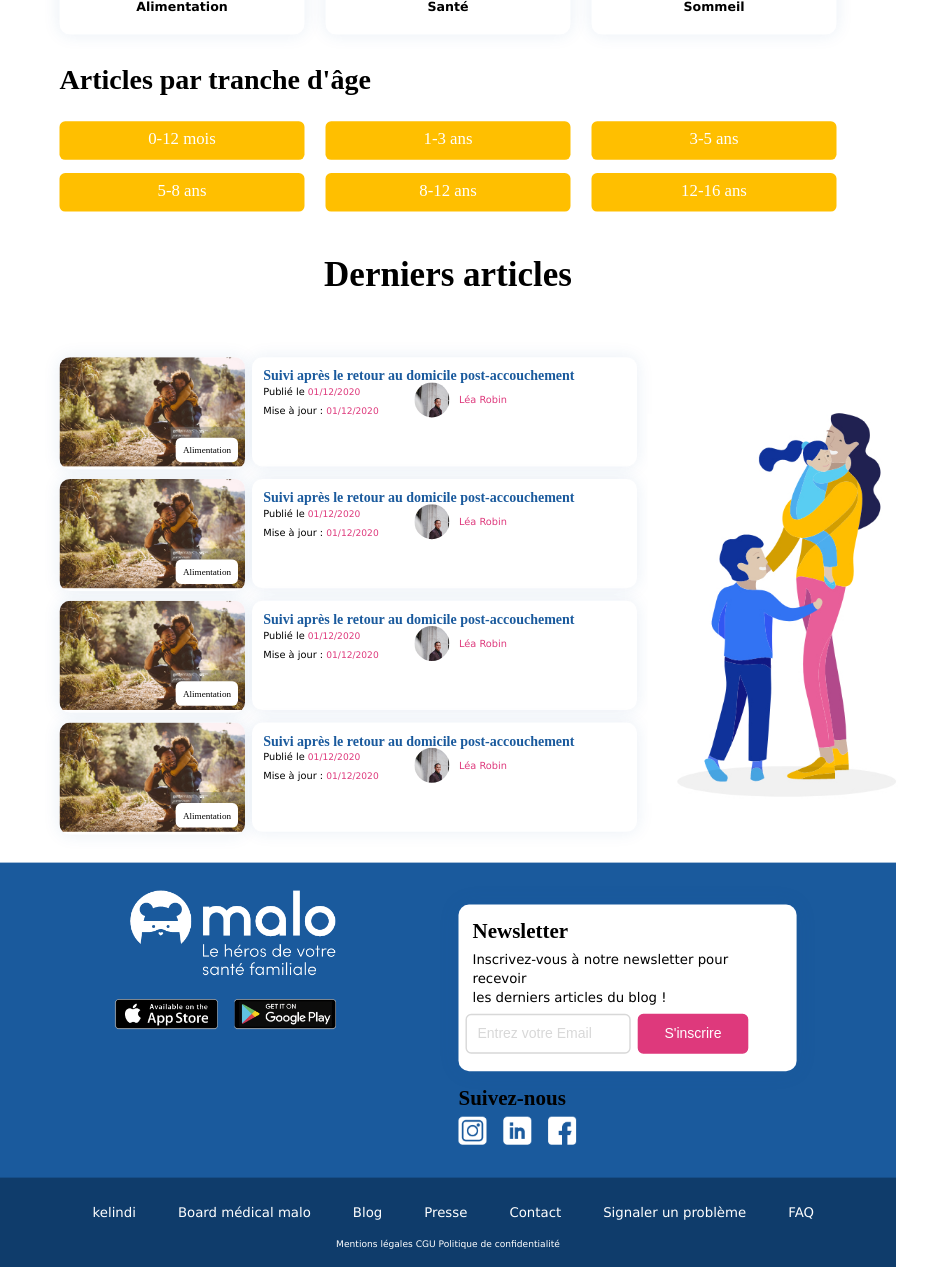
Repository: carbone-dev/keli-malo
Page: blog.html
An editor plug-in stored every save of this project. The page is shown before and after the next save, followed by the edit.
The browser window is 1280 px wide. The page is 1342 px wide, so the pictures cover 1342 px, including what lies to the right of the window. The pictures show the part of the page from y = 845 to 2685 px (the page is 2656 px tall before and 2685 px after), at 70% of full size.

Above is the page before, as saved 2020-12-11 11:40:02.

### blog.html
<!DOCTYPE html>
<html lang="en">

<head>
    <meta charset="UTF-8">
    <meta name="viewport" content="width=device-width, initial-scale=1.0">
    <title>Document</title>
    <link rel="stylesheet" type="text/css" href="css/style.css">
    <link rel="stylesheet" type="text/css" href="css/header.css">
    <link rel="stylesheet" type="text/css" href="css/grid.css">
    <link rel="stylesheet" type="text/css" href="css/blog.css">
    <link rel="preconnect" href="https://fonts.gstatic.com">
    <link href="https://fonts.googleapis.com/css2?family=Poppins:wght@200;300;400;900&display=swap" rel="stylesheet">
</head>

<body>
    <div class="container">

        <div class="header row align-items-center">
            <div class="col-6 col-md-2 ">
                <img class='img-full-width ' src="img/logo.png">
            </div>
            <div class="menu col-6 col-md-10 right d-none d-md-block ">
                <a href="#">Blog</a>
                <a href="#" class="boutton-1">Nous contacter</a>
            </div>
            <div class="menu col-6 col-md-10 right d-md-none d-sm-block">
                <a href="#nav-mobile">
                    <img src="img/burger.png" alt="">
                </a>
            </div>

            <div id="nav-mobile" class="modaloverlay">
                <div class="modal">
                    <div class="row">
                        <div class="col-6">
                            <img class='img-full-width ' src="img/logo.png">
                        </div>
                        <div class="menu col-6 right">
                            <a href="#close" class="close">
                                <img src="img/close.png" alt="">
                            </a>
                        </div>
                    </div>
                    <div class="row align-items-center center modal-content">
                        <div class="col-12">
                            <a href="#">Blog</a>
                        </div>
                        <div class="col-12">
                            <a href="#" class="boutton-1">Nous contacter</a>
                        </div>
                        <div class="col-12">
                            <a href="#"><img src="img/instagram.png"></a>
                            <a href="#"><img src="img/linkedin.png"></a>
                            <a href="#"><img src="img/facebook.png"></a>
                        </div>
                    </div>
                </div>
            </div>
        </div>

        <div class="top-section row">
            <div class="col-12 col-md-8 t-responsive">
                <h1>
                    Bienvenue sur le blog malo
                </h1>
                <p>Retrouvez nos conseils pour la santé de vos enfants</p>
            </div>
            <div class="col-12 col-md-4 right t-responsive">
                <img src="img/blog-header-image.png" alt="blog-header-image">
            </div>
        </div>

        <div class="section t-responsive">
            <h3>Articles par thématique</h3>
            <div class="row">
                <div class="col-sm-12 col-md-4">
                    <div class="card">
                        <img src="img/blog-theme-1.jpg" alt="Avatar" style="width:100%">
                        <div class="card-content row align-items-center">
                            <p class="card-title col-12">Alimentation</p>
                        </div>
                    </div>
                </div>
                <div class="col-sm-12 col-md-4">
                    <div class="card">
                        <img src="img/blog-theme-2.jpg" alt="Avatar" style="width:100%">
                        <div class="card-content row align-items-center">
                            <p class="card-title col-12">Santé</p>
                        </div>
                    </div>
                </div>
                <div class="col-sm-12 col-md-4">
                    <div class="card">
                        <img src="img/blog-theme-3.jpg" alt="Avatar" style="width:100%">
                        <div class="card-content row align-items-center">
                            <p class="card-title col-12">Sommeil</p>
                        </div>
                    </div>
                </div>
            </div>
        </div>

        <div class="section t-responsive">
            <h3>Articles par tranche d'âge</h3>
            <div class="row">
                <div class="col-6 col-md-4 margin-bottom">
                    <button class="btn btn-tertiary full-width">0-12 mois</button>
                </div>
                <div class="col-6 col-md-4 margin-bottom">
                    <button class="btn btn-tertiary full-width">1-3 ans</button>
                </div>
                <div class="col-6 col-md-4 margin-bottom">
                    <button class="btn btn-tertiary full-width">3-5 ans</button>
                </div>
                <div class="col-6 col-md-4 margin-bottom">
                    <button class="btn btn-tertiary full-width">5-8 ans</button>
                </div>
                <div class="col-6 col-md-4 margin-bottom">
                    <button class="btn btn-tertiary full-width">8-12 ans</button>
                </div>
                <div class="col-6 col-md-4 margin-bottom">
                    <button class="btn btn-tertiary full-width">12-16 ans</button>
                </div>
            </div>
        </div>

        <div class="section">
            <h2 class="center">Derniers articles</h2>
            <div class="row">
                <div class="col-12 col-md-9">
                    <div class="blog row no-gutters">
                        <div class="col-4">
                            <div class="blog-img">
                                <img src="img/blog-1.jpg" class="full-width" alt="">
                                <span class="tag">Alimentation</span>
                            </div>
                        </div>
                        <div class="col-8">
                            <div class="blog-content">
                                <a href="#">
                                    <h4 class="blog-title secondary">Suivi après le retour au domicile post-accouchement
                                    </h4>
                                </a>
                                <div class="row no-gutters mt-5 col-reverse">
                                    <div class="col-md-5 col-12">
                                        <p>
                                            Publié le <span class="primary">01/12/2020 </span>
                                        </p>
                                        <p>
                                            Mise à jour : <span class="primary">01/12/2020 </span>
                                        </p>
                                    </div>
                                    <div class="col-md-7 col-12">
                                        <div class="avatar d-inline-block ">
                                            <img src="img/avatar.jpg" alt="">
                                        </div>
                                        <div class="author d-inline-block">
                                            <p class="primary">Léa Robin</p>
                                        </div>
                                    </div>
                                </div>
                            </div>
                        </div>
                    </div>

                    <div class="blog row no-gutters">
                        <div class="col-4">
                            <div class="blog-img">
                                <img src="img/blog-1.jpg" class="full-width" alt="">
                                <span class="tag">Alimentation</span>
                            </div>
                        </div>
                        <div class="col-8">
                            <div class="blog-content">
                                <a href="#">
                                    <h4 class="blog-title secondary">Suivi après le retour au domicile post-accouchement
                                    </h4>
                                </a>
                                <div class="row no-gutters mt-5 col-reverse">
                                    <div class="col-md-5 col-12">
                                        <p>
                                            Publié le <span class="primary">01/12/2020 </span>
                                        </p>
                                        <p>
                                            Mise à jour : <span class="primary">01/12/2020 </span>
                                        </p>
                                    </div>
                                    <div class="col-md-7 col-12">
                                        <div class="avatar d-inline-block ">
                                            <img src="img/avatar.jpg" alt="">
                                        </div>
                                        <div class="author d-inline-block">
                                            <p class="primary">Léa Robin</p>
                                        </div>
                                    </div>
                                </div>
                            </div>
                        </div>
                    </div>

                    <div class="blog row no-gutters">
                        <div class="col-4">
                            <div class="blog-img">
                                <img src="img/blog-1.jpg" class="full-width" alt="">
                                <span class="tag">Alimentation</span>
                            </div>
                        </div>
                        <div class="col-8">
                            <div class="blog-content">
                                <a href="#">
                                    <h4 class="blog-title secondary">Suivi après le retour au domicile post-accouchement
                                    </h4>
                                </a>
                                <div class="row no-gutters mt-5 col-reverse">
                                    <div class="col-md-5 col-12">
                                        <p>
                                            Publié le <span class="primary">01/12/2020 </span>
                                        </p>
                                        <p>
                                            Mise à jour : <span class="primary">01/12/2020 </span>
                                        </p>
                                    </div>
                                    <div class="col-md-7 col-12">
                                        <div class="avatar d-inline-block ">
                                            <img src="img/avatar.jpg" alt="">
                                        </div>
                                        <div class="author d-inline-block">
                                            <p class="primary">Léa Robin</p>
                                        </div>
                                    </div>
                                </div>
                            </div>
                        </div>
                    </div>

                    <div class="blog row no-gutters">
                        <div class="col-4">
                            <div class="blog-img">
                                <img src="img/blog-1.jpg" class="full-width" alt="">
                                <span class="tag">Alimentation</span>
                            </div>
                        </div>
                        <div class="col-8">
                            <div class="blog-content">
                                <a href="#">
                                    <h4 class="blog-title secondary">Suivi après le retour au domicile post-accouchement
                                    </h4>
                                </a>
                                <div class="row no-gutters mt-5 col-reverse">
                                    <div class="col-md-5 col-12">
                                        <p>
                                            Publié le <span class="primary">01/12/2020 </span>
                                        </p>
                                        <p>
                                            Mise à jour : <span class="primary">01/12/2020 </span>
                                        </p>
                                    </div>
                                    <div class="col-md-7 col-12">
                                        <div class="avatar d-inline-block ">
                                            <img src="img/avatar.jpg" alt="">
                                        </div>
                                        <div class="author d-inline-block">
                                            <p class="primary">Léa Robin</p>
                                        </div>
                                    </div>
                                </div>
                            </div>
                        </div>
                    </div>

                    <div class="offset-8 col-4"></div>




                </div>
                <div class="col-md-3 d-none d-md-block blog-list-bg">
                    <img src="img/blog-list-bg.jpg" alt="">
                </div>
            </div>
        </div>




    </div>


    <div class="footer mt-10">
		<div class="logo-popup row center-p">
			<div class="logo-boutton center col-md-6">
				<img src="img/logo-footer.png" width="50%"><br>
				<div class="img-boutton">
					<a href="#"><img src="img/app-store.png"></a>
					<a href="#"><img src="img/google-play.png"></a>
				</div>
			</div>
			<div class="popup-icon col-md-5 left center-p">
				<div class="box-shadow news-letter">
					<h4>Newsletter</h4>
					<p>Inscrivez-vous à notre newsletter pour recevoir <br>les derniers articles du blog !</p>
					<div class="row center-p">
						<input type="email" name="mail" placeholder="Entrez votre Email"
							class="formulaire mail-footer col-md-6 col-6">
						<input type="submit" value="S'inscrire" class="formulaire boutton-footer col-md-4 col-4">
					</div>
				</div>
				<div class="suivez-footer">
					<h4>Suivez-nous</h4>
					<a href="#"><img src="img/instagram-footer.png"></a>
					<a href="#"><img src="img/linkedin-footer.png"></a>
					<a href="#"><img src="img/facebook-footer.png"></a>
				</div>


			</div>
		</div>
		<div class="menu-footer center">
			<ul class="row center ">
				<li><a href="#">kelindi </a></li>
				<li><a href="#">Board médical malo </a></li>
				<li><a href="#">Blog </a></li>
				<li><a href="#">Presse </a></li>
				<li><a href="#">Contact </a></li>
				<li><a href="#">Signaler un problème </a></li>
				<li><a href="#">FAQ </a></li>
			</ul>
			<p><span>Mentions légales CGU Politique de confidentialité</span></p>
		</div>
	</div>
</body>

</html>

### css/header.css
.header{
    margin-top: 43px;
}

/* MODAL MOBILE */

.modaloverlay {
    background: rgba(0, 0, 0, 0.8);
    bottom: 0;
    left: 0;
    opacity: 0;
    pointer-events: none;
    position: fixed;
    right: 0;
    top: 0;
    -webkit-transition: opacity 400ms ease-in;
    -moz-transition: opacity 400ms ease-in;
    transition: opacity 400ms ease-in;
    z-index: -1;
    display: none;
  }
  .modaloverlay:target {
    display: block;
    opacity: 1;
    pointer-events: auto;
    z-index: 99999;
  }
  .modaloverlay .modal {
    background-color: white;
    height: 100%;
    position: relative;
    margin: 0 auto;
    padding-top: 43px;
    padding-left: 15px;
    overflow-y: scroll;
    -webkit-overflow-scrolling: touch;
  }
  @media (min-width: 60em) {
    .modaloverlay .modal {
      height: 75%;
      margin: 5% auto;
      max-height: 57em;
      max-width: 66em;
      width: 85%;
    }
  }
  .modaloverlay .modal > iframe,
  .modaloverlay .modal > div {
    border: none;
    width: 100%;
    /* height: 100%; */
  }
  .modaloverlay .close {
    position: relative;
    top: 10px;
  }

  .modal-content{
    height: 60%;
    padding-top: 160px;
  }

### css/blog.css
.card {
  transition: 0.3s;
  width: 100%;
  border-radius: 15px;
  box-shadow: 0 0 25px 0 rgba(34, 90, 157, 0.1);
  overflow: hidden;
  cursor: pointer;
}

.card img {
  width: 100%;
  height: 199px;
  object-fit: cover;
}

.card:hover {
  box-shadow: 0 8px 16px 0 rgba(0, 0, 0, 0.2);
}

.card-content {
  padding: 2px 16px;
  height: 79px;
}

.card-title {
  font-family: verdana;
  font-size: 18px;
  font-weight: 900;
  text-align: center;
}

.blog {
  margin-bottom: 14px;
}

.blog-img {
  border-radius: 15px;
  box-shadow: 0 0 25px 0 rgba(34, 90, 157, 0.1);
  overflow: hidden;
  position: relative;
  margin-right: 10px;
}

.blog-img img {
  width: 100%;
  height: 156px;
  object-fit: cover;
}

.blog-content {
  height: 156px;
  padding: 16px;
  border-radius: 15px;
  box-shadow: 0 0 25px 0 rgba(34, 90, 157, 0.1);
  background-color: #ffffff;
}

.blog-content p {
  font-size: 14px !important;
}

.blog-title {
  margin-bottom: 0 !important;
  font-size: 20px;
  line-height: 1;
}

.blog-list-bg{
    padding: 7% 0 7% 0;
}

.avatar {
  height: 50px;
  width: 50px;
  border-radius: 50px;
  overflow: hidden;
}

.avatar img {
  width: 100%;
  object-fit: cover;
}

.author {
  position: relative;
  top: -20px;
  left: 10px;
}

.tag {
  height: 35px;
  background-color: #ffffff;
  padding: 10px;
  position: absolute;
  bottom: 10px;
  display: block;
  border-radius: 8px;
  font-family: montserrat;
  right: 10px;
}

@media only screen and (min-width: 107px) and (max-width: 768px) {
  .blog-title {
    font-size: 12px !important;
    line-height: 1 !important;
  }
  .blog-content p {
    font-size: 12px !important;
    height: 15px;
  }

  .blog-content span {
    font-size: 8px !important;
  }

  .tag{
    font-size: 10px !important;
    padding: 0px 5px 0 5px !important;
    height: 20px;
    border-radius: 6px;
  }

  .avatar {
    height: 18px;
    width: 18px;
  }

  .author {
    position: relative;
    top: -5px;
    left: 5px;
  }
}

Loaded but not shown: css/grid.css (1420 lines, source omitted); css/style.css (873 lines, source omitted)

After the next save:
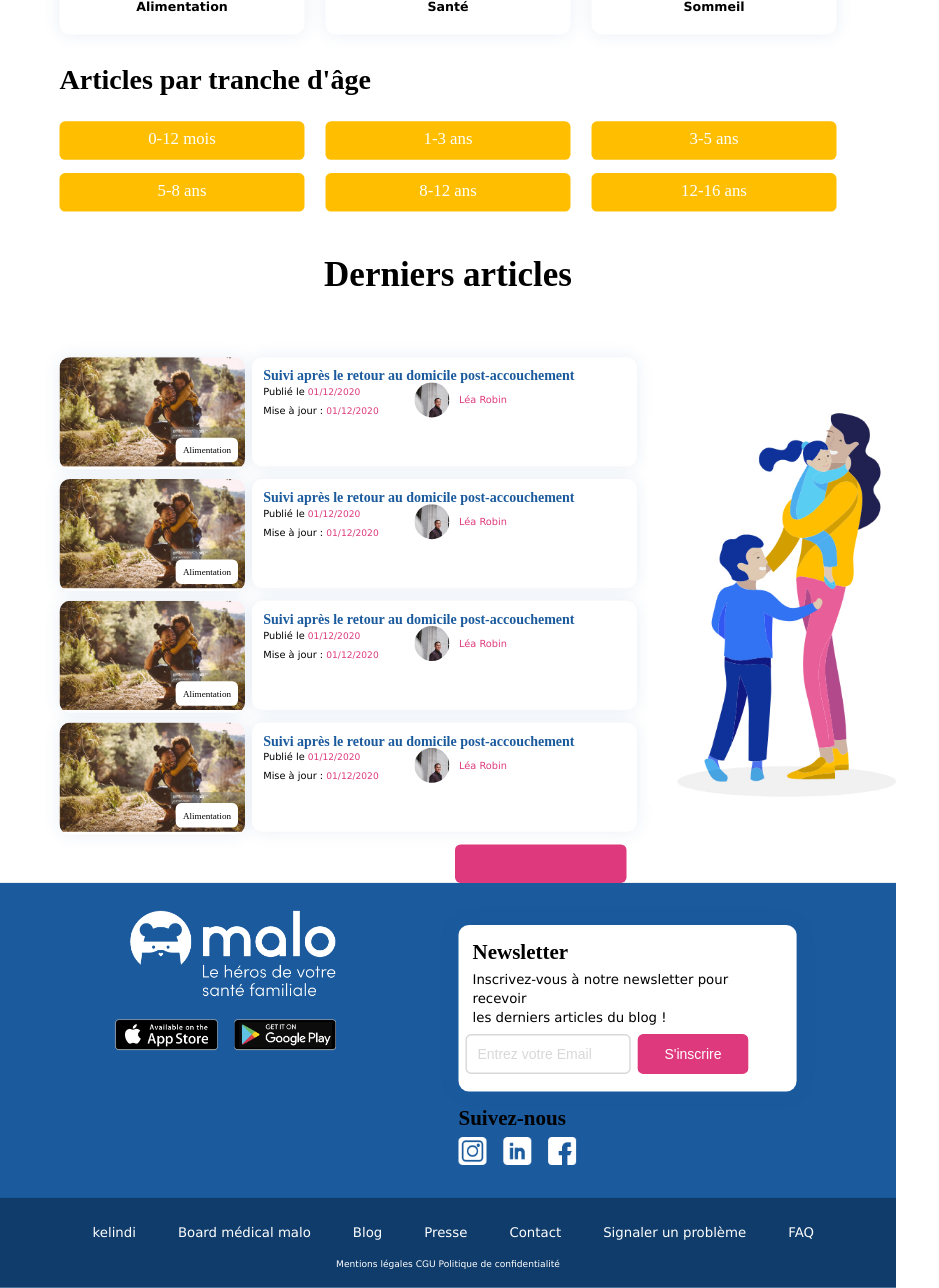
Saved 19 s later.
--- a/blog.html
+++ b/blog.html
@@ -269,7 +269,9 @@
                         </div>
                     </div>
 
-                    <div class="offset-8 col-4"></div>
+                    <div class="offset-8 col-4">
+                        <button class="btn btn-primary full-width"></button>
+                    </div>
 
 
 
